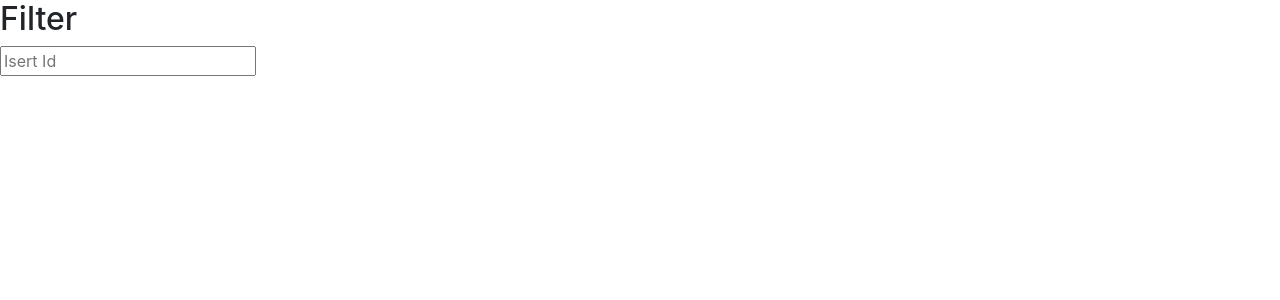
Repository: MuriloColleti/testjeff
Page: index.html
An editor plug-in stored every save of this project. The page is shown before and after a run of saves, followed by the edit.
The browser window is 1280 px wide. The pictures show the whole page.

Above is the page before, as saved 2025-09-01 09:47:16.
Console error: SyntaxError: Illegal return statement

After the next 3 saves:
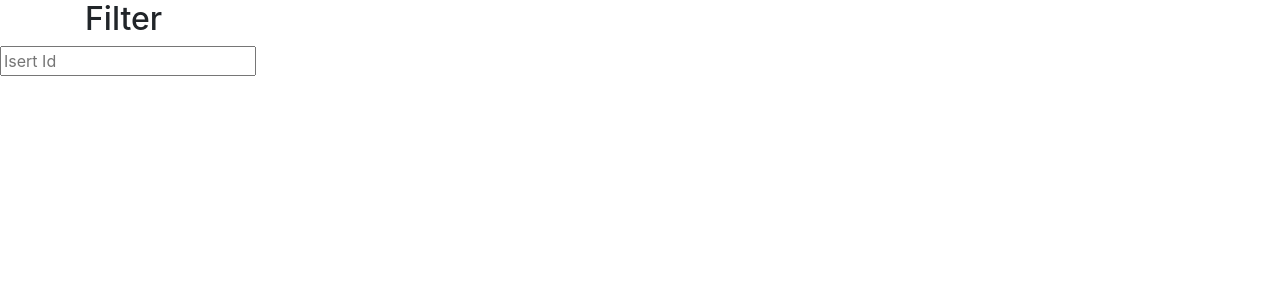
The 3 saves are shown as one change because they came seconds apart.
The last was saved 16 s later.
--- a/index.html
+++ b/index.html
@@ -7,7 +7,7 @@
 		<link rel="stylesheet" href="https://cdn.jsdelivr.net/npm/bootstrap@4.1.3/dist/css/bootstrap.min.css" integrity="sha384-MCw98/SFnGE8fJT3GXwEOngsV7Zt27NXFoaoApmYm81iuXoPkFOJwJ8ERdknLPMO" crossorigin="anonymous">
   </head>
   <body>
-<div>
+<div class="container">
 		<h2>Filter</h2>
 </div>
 
